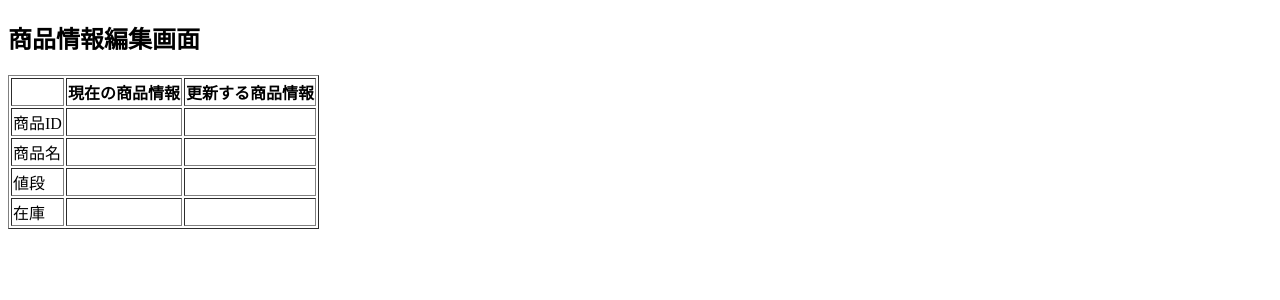
Repository: sachiyuki/java
Page: http://localhost/AdminLogin/itemedit.jsp
An editor plug-in stored every save of this project. The page is shown before and after the next save, followed by the edit.
The browser window is 1280 px wide. The pictures show the whole page.
The page is served by Tomcat 9.

Above is the page before, as saved 2018-03-05 08:05:11.

After the next save:
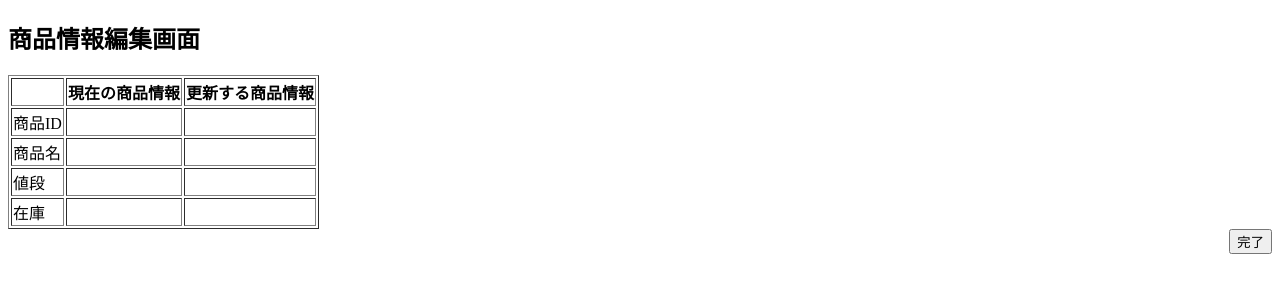
Saved 17 min 22 s later.
--- a/AdminLogin/WebContent/itemedit.jsp
+++ b/AdminLogin/WebContent/itemedit.jsp
@@ -40,6 +40,9 @@
 	<td></td>
 </tr>
 </table>
+
+<s:submit value="完了"/>
+
 </s:form>
 
 

After the save that followed:
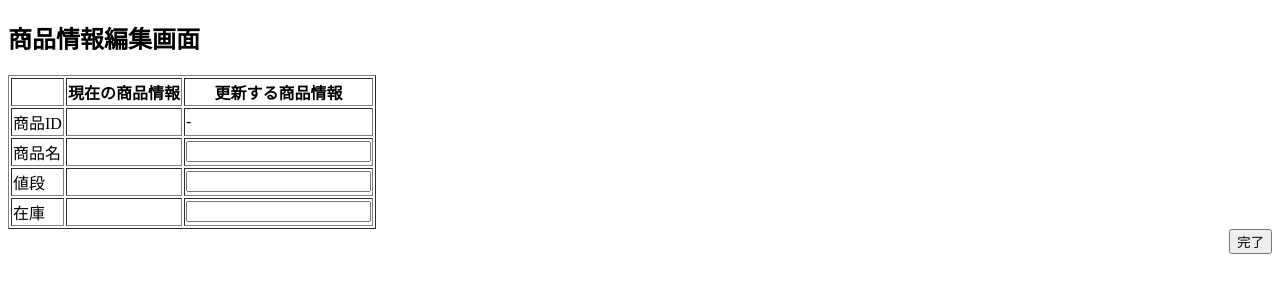
Saved 2 min 21 s later.
--- a/AdminLogin/WebContent/itemedit.jsp
+++ b/AdminLogin/WebContent/itemedit.jsp
@@ -22,22 +22,22 @@
 <tr>
 	<td>商品ID</td>
 	<td><s:property value="id"/></td>
-	<td></td>
+	<td>-</td>
 </tr>
 <tr>
 	<td>商品名</td>
 	<td><s:property value="itemName"/></td>
-	<td></td>
+	<td><input type="text" name="newName" value="" /></td>
 </tr>
 <tr>
 	<td>値段</td>
 	<td><s:property value="itemPrice"/></td>
-	<td></td>
+	<td><input type="text" name="newPrice" value="" /></td>
 </tr>
 <tr>
 	<td>在庫</td>
 	<td><s:property value="itemStock"/></td>
-	<td></td>
+	<td><input type="text" name="newStock" value="" /></td>
 </tr>
 </table>
 
